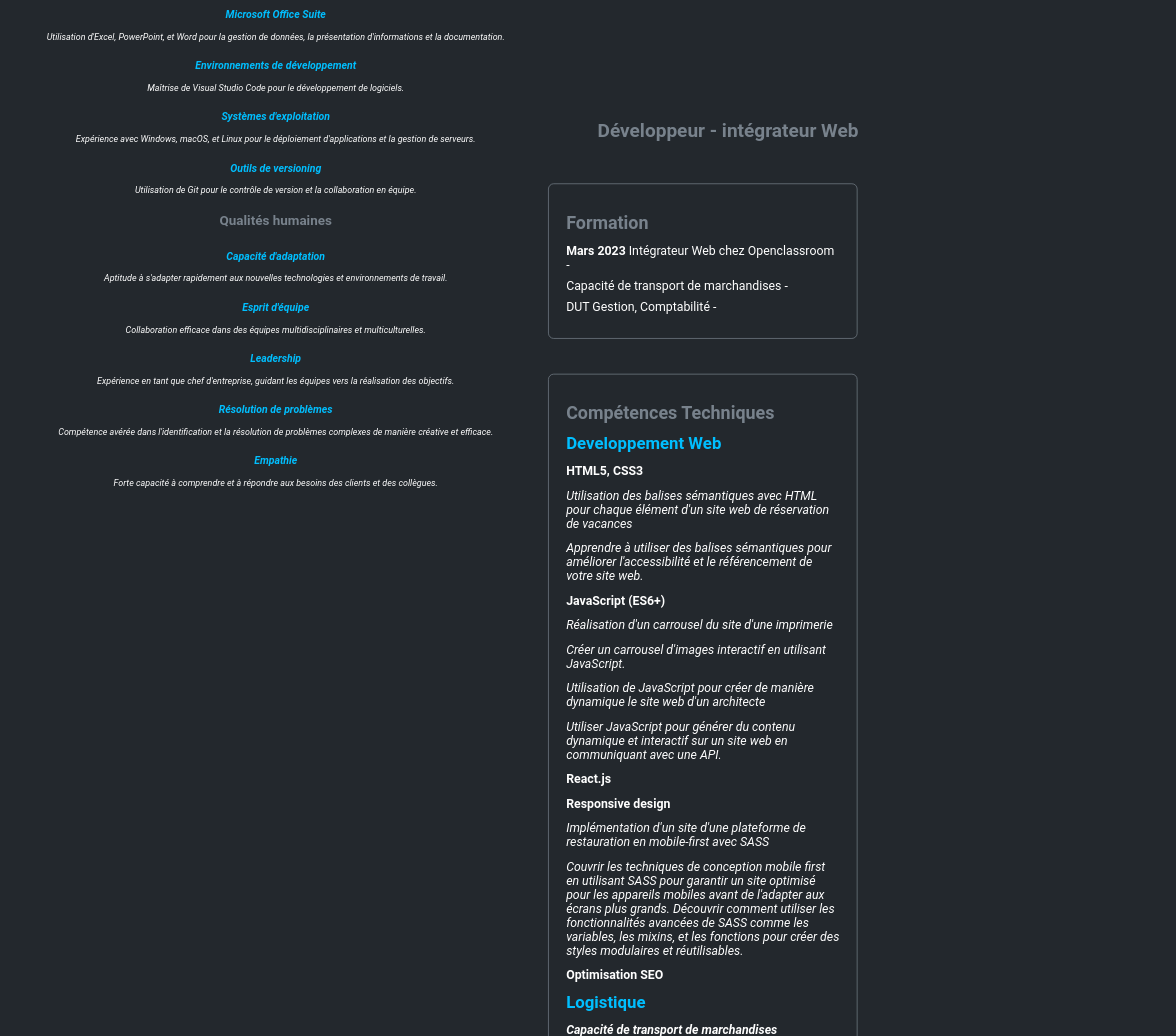
Repository: Christian121966/cv-logistique
Page: /
These files come from the project's save history. The page is drawn as it stood at one moment and after the next save; the edit follows.
The browser window is 1280 px wide. The page is 1680 px wide, so the pictures cover 1680 px, including what lies to the right of the window. The pictures show the part of the page from y = 0 to 1480 px (the page is 2682 px tall), at 70% of full size.
The project was rebuilt for these pictures with package versions that can differ from the ones it lists, and the page was loaded fresh each time.

Above is the page before, as saved 2024-07-28 07:37:43.

### public/index.html
<!DOCTYPE html>
<html lang="en">
  <head>
    <meta charset="utf-8" />
    <link rel="icon" href="%PUBLIC_URL%/favicon.ico" />
    <meta name="viewport" content="width=device-width, initial-scale=1" />
    <meta name="theme-color" content="#000000" />
    <meta name="description" content="Curriculum Vitae de Christian Boissy, développeur web front-end" />
    <meta name="keywords" content="Christian Boissy, CV, développeur front-end, React, Node.js, JavaScript" />
    <meta name="author" content="Christian Boissy" />

    <!-- Open Graph Meta Tags -->
    <meta property="og:title" content="CV de Christian Boissy" />
    <meta property="og:description" content="Curriculum Vitae de Christian Boissy, développeur web front-end" />
    <meta property="og:image" content="%PUBLIC_URL%/logo192.png" />
    <meta property="og:url" content="https://christian121966.github.io/cv-christian-boissy/" />
    <meta property="og:type" content="website" />

    <!-- Twitter Card Meta Tags -->
    <meta name="twitter:card" content="summary_large_image" />
    <meta name="twitter:title" content="CV de Christian Boissy" />
    <meta name="twitter:description" content="Curriculum Vitae de Christian Boissy, développeur web front-end" />
    <meta name="twitter:image" content="%PUBLIC_URL%/logo192.png" />

    <link rel="apple-touch-icon" href="%PUBLIC_URL%/logo192.png" />
    <link rel="manifest" href="%PUBLIC_URL%/manifest.json" />
    <title>CV-CHRISTIAN-BOISSY</title>

    <!-- Google Analytics -->
    <script async src="https://www.googletagmanager.com/gtag/js?id=G-K4EJ3NRTQS"></script>
    <script>
      window.dataLayer = window.dataLayer || [];
      function gtag(){dataLayer.push(arguments);}
      gtag('js', new Date());
      gtag('config', 'G-K4EJ3NRTQS');
    </script>
  </head>
  <body>
    <noscript>You need to enable JavaScript to run this app.</noscript>
    <div id="root"></div>
    <!--
      This HTML file is a template.
      If you open it directly in the browser, you will see an empty page.

      You can add webfonts, meta tags, or analytics to this file.
      The build step will place the bundled scripts into the <body> tag.

      To begin the development, run `npm start` or `yarn start`.
      To create a production bundle, use `npm run build` or `yarn build`.
    -->
  </body>
</html>

### src/index.js
import React from 'react';
import ReactDOM from 'react-dom/client';
import './index.css';
import App from './App';
import ReactGA from 'react-ga4';

ReactGA.initialize('G-K4EJ3NRTQS', {
  cookieFlags: 'SameSite=None; Secure'
});

ReactGA.send('pageview');

const root = ReactDOM.createRoot(document.getElementById('root'));
root.render(
  <React.StrictMode>
    <App />
  </React.StrictMode>
);

### src/App.js
import React from 'react';
import './App.css';
import Footer from './components/Footer';
import Section from './components/Section';
import Sidebar from './components/Sidebar';
import Formation from './components/Formation';
import CompetencesTechniques from './components/CompetencesTechniques';
import ExperiencesProfessionnelles from './components/ExperiencesProfessionnelles';

function App() {
  return (
    <div className="App">
      <header className="cv-title">
        <h1>Développeur - intégrateur Web</h1>
      </header>
      <div className="container">
        <Sidebar />
        <main>
          <div className="card">
            <Section title="Formation">
              <Formation />
            </Section>
          </div>
          <div className="card">
            <Section title="Compétences Techniques">
              <CompetencesTechniques />
            </Section>
          </div>
          <div className="card">
            <Section title="Expériences Professionnelles">
              <ExperiencesProfessionnelles />
            </Section>
          </div>
        </main>
      </div>
      <Footer />
    </div>
  );
}

export default App;

### src/App.css
@charset "UTF-8";
/* Variables de couleurs */
/* Mixins */
*,
*::before,
*::after {
  box-sizing: border-box;
  margin: 0;
  padding: 0;
}

body {
  background-color: rgb(35, 40, 45);
  color: rgb(255, 255, 255);
  font-family: "Roboto", sans-serif;
  padding: 0;
  margin: 0;
  overflow-x: hidden;
  overflow-y: auto;
}
body header.cv-title {
  display: flex;
  justify-content: center;
  position: relative;
  top: 185px;
  left: 0;
  margin-bottom: 2px;
}
body header.cv-title h1 {
  color: rgb(120, 130, 140);
  font-size: 1em;
}
body .container {
  display: flex;
  flex-direction: column;
  padding: 10px;
}
body .container .container {
  display: flex;
  flex-direction: column;
  padding: 10px;
}
body .container .sidebar {
  width: 100%;
  font-size: 0.8em;
  display: flex;
  flex-direction: column;
  justify-content: center;
  align-items: center;
  padding: 2px;
}
body .container .sidebar h2 {
  font-size: 1.5em;
  text-align: center;
  margin: 15px 0 15px 0;
  color: rgb(120, 130, 140);
}
body .container .sidebar .profile-photo {
  width: 150px;
  height: 150px;
  border-radius: 50%;
  margin-bottom: 30px;
  cursor: pointer;
  transition: width 0.3s ease, height 0.3s ease;
}
body .container .sidebar .profile-photo:hover {
  width: 360px;
  height: 360px;
  border-radius: 50%;
  margin-bottom: 30px;
}
body .container .sidebar address {
  margin-top: 15px;
}
body .container .sidebar address a {
  color: mediumaquamarine;
}
body .container .sidebar ul {
  list-style-type: none;
  text-align: center;
}
body .container .sidebar ul h3 {
  margin: 15px 0 15px 0;
  color: deepskyblue;
}
body .container .sidebar ul li {
  display: flex;
  flex-direction: column;
  margin-bottom: 10px;
  overflow-y: auto;
}
body .container .sidebar ul li li > span {
  display: block; /* Assurez-vous que span est affiché comme bloc */
  text-align: center; /* Exemple de centrage de span */
  color: #777; /* Exemple de couleur de texte */
}
body main {
  margin: 0;
}
body section h2 {
  font-size: 1.2em;
  margin: 15px 0 15px 0;
}
body .card {
  margin: 5px;
  padding: 10px;
  background: rgb(35, 40, 45);
  border: 1px solid rgb(120, 130, 140);
  border-radius: 8px;
}
body .card div, body .card ul {
  font-size: 0.9em;
  list-style-type: none;
  margin-bottom: 10px;
}
body .card h2 {
  color: rgb(120, 130, 140);
}
body .card h3 {
  font-size: 1.1em;
  margin: 15px 0 15px 0;
  color: deepskyblue;
}
body li {
  margin-bottom: 15px;
  font-style: italic;
}
body .li_title {
  font-weight: bold;
  font-style: normal;
}
body p {
  font-size: 1em;
}
body footer p {
  font-size: 0.6em;
  display: flex;
  justify-content: center;
  text-align: center;
}

/* Pour les écrans de 320px à 425px */
@media screen and (max-width: 425px) {
  body header.cv-title {
    position: relative;
    top: 190px;
    left: 0;
    margin-bottom: 2px;
    text-align: center;
  }
  body header.cv-title h1 {
    color: rgb(120, 130, 140);
    font-size: 1.2em;
  }
  body .container {
    display: flex;
    flex-direction: column;
    padding: 10px;
  }
  body .sidebar {
    width: 100%;
    font-size: 0.8em;
    display: flex;
    flex-direction: column;
    justify-content: center;
    align-items: center;
    padding: 2px;
  }
  body .sidebar h2 {
    font-size: 1.1em;
    text-align: center;
    margin: 15px 0;
    color: rgb(120, 130, 140);
  }
  body .sidebar .profile-photo {
    width: 150px;
    height: 150px;
    border-radius: 50%;
    margin-bottom: 30px;
  }
  body .sidebar address {
    margin-top: 0;
  }
  body .sidebar address a {
    color: mediumaquamarine;
  }
  body .sidebar ul {
    list-style-type: none;
  }
  body .sidebar ul h3 {
    margin: 15px 0;
    color: deepskyblue;
    text-align: center;
  }
  body .sidebar ul li {
    margin-bottom: 10px;
    text-align: center;
  }
  body .sidebar ul li span {
    display: block;
    color: #ccc;
  }
  body main {
    margin: 0;
    padding: 15px;
  }
  body section h2 {
    font-size: 1.3em;
    margin: 15px 0;
  }
  body .card {
    margin: 10px;
    padding: 12px;
    background: rgb(35, 40, 45);
    border: 1px solid rgb(120, 130, 140);
    border-radius: 8px;
  }
  body .card div, body .card ul {
    font-size: 0.9em;
    list-style-type: none;
  }
  body .card h3 {
    font-size: 1.2em;
    margin: 15px 0;
    color: deepskyblue;
  }
  body p {
    font-size: 1em;
  }
  body footer p {
    font-size: 0.8em;
    display: flex;
    justify-content: center;
    text-align: center;
    margin: 10px;
  }
}
/* Pour les écrans de 768px et plus */
@media screen and (min-width: 768px) {
  body header.cv-title {
    top: 140px;
    left: 160px;
    margin-bottom: 20px;
  }
  body header.cv-title h1 {
    font-size: 1.5em;
  }
  body .container {
    display: flex;
    flex-direction: row;
    padding: 25px;
  }
  body .sidebar {
    width: 35%;
    font-size: 1.1em;
    padding: 15px;
    display: flex;
    flex-direction: column;
    justify-content: flex-start;
    align-items: center;
    height: 10vh;
  }
  body .sidebar .profile-photo {
    width: 180px;
    height: 180px;
  }
  body .sidebar h2 {
    font-size: 1.3em;
  }
  body main {
    width: 65%;
    padding: 0 25px;
    display: flex;
    flex-direction: column;
    margin-top: 150px;
  }
  body section h2 {
    font-size: 1.5em;
  }
  body .card {
    margin: 20px 0;
    padding: 20px;
    background: rgb(35, 40, 45);
    border: 1px solid rgb(120, 130, 140);
    border-radius: 8px;
  }
  body .card div, body .card ul {
    font-size: 0.9em;
  }
  body .card h3 {
    font-size: 1.4em;
  }
  body p {
    font-size: 0.9em;
  }
  footer {
    display: flex;
    justify-content: center;
    align-items: center;
    margin-top: 20px;
  }
  footer p {
    font-size: 0.8em;
  }
}
/* Pour les écrans de 1024px et plus */
@media screen and (min-width: 1024px) {
  body header.cv-title {
    top: 170px;
    left: 400px;
    margin-bottom: 25px;
    overflow-y: hidden;
    overflow-x: hidden;
  }
  body header.cv-title h1 {
    font-size: 1.7em;
  }
  body .container {
    padding: 30px;
  }
  body .sidebar {
    width: 35%;
    font-size: 1.2em;
    padding: 20px;
  }
  body .sidebar .profile-photo {
    width: 190px;
    height: 190px;
  }
  body .sidebar h2 {
    font-size: 1.4em;
  }
  body section h2 {
    font-size: 1.6em;
  }
  body .card {
    margin: 25px 0;
    padding: 25px;
  }
  body .card div, body .card ul {
    font-size: 1.1em;
  }
  body .card h3 {
    font-size: 1.5em;
  }
  body p {
    font-size: 1em;
  }
}/*# sourceMappingURL=App_20240728073743.css.map */

### src/components/Footer.js
import React from 'react';

const Footer = () => {
  return (
    <footer>
      <p>© 2024 Christian Boissy. Tous droits réservés.</p>
    </footer>
  );
};

export default Footer;

### src/components/Section.js
import React from 'react';

const Section = ({ title, children }) => {
  return (
    <section>
      <h2>{title}</h2>
      {children}
    </section>
  );
};

export default Section;

### src/components/Sidebar.js
import React from 'react';
import ReactGA from 'react-ga4';

function handleEmailClick() {
  ReactGA.event({
    category: 'User',
    action: 'Clicked on Email Link',
    label: 'Email'
  });
}

function handleLinkedInClick() {
  ReactGA.event({
    category: 'User',
    action: 'Clicked on LinkedIn Link',
    label: 'LinkedIn'
  });
}

const Sidebar = () => {
  return (
    <aside className="sidebar">
      <img src={`${process.env.PUBLIC_URL}/images/Chris.png`} alt="Chris" className="profile-photo" />
      <h1>Christian Boissy</h1>
      <address>
        Tel : 0669311966<br />
        <a href="mailto:boissychristian@gmail.com" onClick={handleEmailClick}>boissychristian@gmail.com</a><br />
        <a href="https://linkedin.com/in/christian-boissy-272b68181" target="_blank" rel="noopener noreferrer" onClick={handleLinkedInClick}>
          linkedin.com/in/christian-boissy-272b68181
          <p>Permis B - Véhicule</p>
        </a>
      </address>
      <h2>Compétences professionnelles et linguistiques</h2>
      <ul>
        <li>
          <h3>Communication multilingue</h3>
          <span>Maîtrise du français, Anglais scolaire.</span>
        </li>
      </ul>
      <h2>Logiciel et environnements</h2>
      <ul>
        <li>
          <h3>Microsoft Office Suite</h3>
          <span>Utilisation d'Excel, PowerPoint, et Word pour la gestion de données, la présentation d'informations et la documentation.</span>
        </li>
        <li>
          <h3>Environnements de développement</h3>
          <span>Maîtrise de Visual Studio Code pour le développement de logiciels.</span>
        </li>
        <li>
          <h3>Systèmes d'exploitation</h3>
          <span>Expérience avec Windows, macOS, et Linux pour le déploiement d'applications et la gestion de serveurs.</span>
        </li>
        <li>
          <h3>Outils de versioning</h3>
          <span>Utilisation de Git pour le contrôle de version et la collaboration en équipe.</span>
        </li>
      </ul>
      <h2>Qualités humaines</h2>
      <ul>
        <li>
          <h3>Capacité d'adaptation</h3>
          <span>Aptitude à s'adapter rapidement aux nouvelles technologies et environnements de travail.</span>
        </li>
        <li>
          <h3>Esprit d'équipe</h3>
          <span>Collaboration efficace dans des équipes multidisciplinaires et multiculturelles.</span>
        </li>
        <li>
          <h3>Leadership</h3>
          <span>Expérience en tant que chef d'entreprise, guidant les équipes vers la réalisation des objectifs.</span>
        </li>
        <li>
          <h3>Résolution de problèmes</h3>
          <span>Compétence avérée dans l'identification et la résolution de problèmes complexes de manière créative et efficace.</span>
        </li>
        <li>
          <h3>Empathie</h3>
          <span>Forte capacité à comprendre et à répondre aux besoins des clients et des collègues.</span>
        </li>
      </ul>
    </aside>
  );
};

export default Sidebar;

### src/components/Formation.js
import React from 'react';
import cvData from '../data/cvData';

function Formation() {
  return (
    <>
      {cvData.formation.map((item, index) => (
        <div key={index}>
          <strong>{item.date}</strong> {item.title} - {item.details}
        </div>
      ))}
    </>
  );
}

export default Formation;

### src/components/CompetencesTechniques.js
import React from 'react';
import cvData from '../data/cvData';

function CompetencesTechniques() {
  // Liste des éléments à mettre en gras
  const boldItems = [
    "Developpement Web",
    "Logistique",
    "Capacité de transport de marchandises",
    "CACES 1, 2, 3 & 5",
    "Communication"
  ];

  // Fonction pour vérifier si l'élément doit être en gras
  const isBold = (item) => {
    return boldItems.some(boldItem => item.includes(boldItem));
  };

  return (
    <>
      <h3>Developpement Web</h3>
      <ul>
        {cvData.competences.developpementWeb.map((item, index) => (
          <li key={index} className={item.title ? 'li_title' : ''}>
            {item.text}
          </li>
        ))}
      </ul>
      <h3>Logistique</h3>
      <ul>
        {cvData.competences.logistique.map((item, index) => (
          <li key={index}>
            {isBold(item) ? <strong>{item}</strong> : item}
          </li>
        ))}
      </ul>
      {/* <h3>Communication</h3>
      <ul>
        {cvData.competences.communication.map((item, index) => (
          <li key={index}>
            {isBold(item) ? <strong>{item}</strong> : item}
          </li>
        ))}
      </ul> */}
    </>
  );
}

export default CompetencesTechniques;

### src/components/ExperiencesProfessionnelles.js
import React from 'react';
import cvData from '../data/cvData';

function ExperiencesProfessionnelles() {
  // Vérifiez que cvData.experiences est défini et qu'il s'agit d'un tableau
  if (!cvData.experiences || !Array.isArray(cvData.experiences)) {
    return <div>Aucune expérience professionnelle disponible.</div>;
  }

  return (
    <div>
      {cvData.experiences.map((exp, index) => (
        <div key={index}>
          <h3>{exp.title}</h3>
          <p>{exp.date}</p>
          {exp.details && exp.details.map((detail, idx) => (
            typeof detail === 'string' ?
              <p key={idx}>{detail}</p> :
              <div key={idx}>
                <strong>{detail.highlight}</strong>
                {detail.list ? <ul>{detail.list.map((item, itemIdx) => <li key={itemIdx}>{item}</li>)}</ul> : <p>{detail.description}</p>}
              </div>
          ))}
          {/* Si exp.details n'est pas défini, affichez un message ou laissez vide */}
          {!exp.details && <p></p>}
        </div>
      ))}
    </div>
  );
}

export default ExperiencesProfessionnelles;

### src/data/cvData.js
const cvData = {
  formation: [
    {
      date: "Mars 2023",
      title: "Intégrateur Web chez Openclassroom",
      // details: "HTML/CSS - JavaScript - React - Redux - MongoDB - Git - GitHub - Responsive design"
    },
    {
      title: "Capacité de transport de marchandises",
    },
    {
      title: "DUT Gestion, Comptabilité"
    }
  ],
  competences: {
    developpementWeb: [
      { title: true, text: "HTML5, CSS3" },
      { title: false, text: "Utilisation des balises sémantiques avec HTML pour chaque élément d'un site web de réservation de vacances" },
      { title: false, text: "Apprendre à utiliser des balises sémantiques pour améliorer l'accessibilité et le référencement de votre site web." },
      { title: true, text: "JavaScript (ES6+)" },
      { title: false, text: "Réalisation d'un carrousel du site d'une imprimerie" },
      { title: false, text: "Créer un carrousel d'images interactif en utilisant JavaScript." },
      { title: false, text: "Utilisation de JavaScript pour créer de manière dynamique le site web d'un architecte" },
      { title: false, text: "Utiliser JavaScript pour générer du contenu dynamique et interactif sur un site web en communiquant avec une API." },
      { title: true, text: "React.js" },
      { title: true, text: "Responsive design" },
      { title: false, text: "Implémentation d'un site d'une plateforme de restauration en mobile-first avec SASS" },
      { title: false, text: "Couvrir les techniques de conception mobile first en utilisant SASS pour garantir un site optimisé pour les appareils mobiles avant de l'adapter aux écrans plus grands. Découvrir comment utiliser les fonctionnalités avancées de SASS comme les variables, les mixins, et les fonctions pour créer des styles modulaires et réutilisables." },
      { title: true, text: "Optimisation SEO" }
    ],
    logistique: [
      "Capacité de transport de marchandises",
      "Gestion d'une société de transport de marchandises",
      "Gestion de personnel",
      "Gestion des stocks",
      "Communication",
      "Gestion des contacts",
      "Gestion du personnel"
    ]
  },
  experiences: [
    {
      date: "Déc. 2021 - Juin 2022",
      title: "First Stop Sartrouville - Herblay",
      details: [
        { highlight: "Livraison de pneus en Ile de France, gestion des commandes et des stocks" },
      ]
    },
    {
      date: "2007 - 2021",
      title: "Gérant de société de transport - Paris",
      details: [
        { highlight: "Livraison de colis en partenariat avec Colisweb"},
        { highlight: "Livraison avec SVP"},
        { highlight: "Livraison avec CG Courses"}
      ]
    },
    {
      date: "1999 - 2007",
      title: "Cariste gestionnaire de stocks - Rougier Panneaux - Gennevilliers",
      details: [
        { highlight: "Chargement et déchargemement de colis de panneaux de bois"},
        { highlight: "Gestion du stock"},
        { highlight: "Préparation des commandes"}
      ]
    }
  ]
};

export default cvData;

Loaded but not shown: src/index.css (common file)

After the next save:
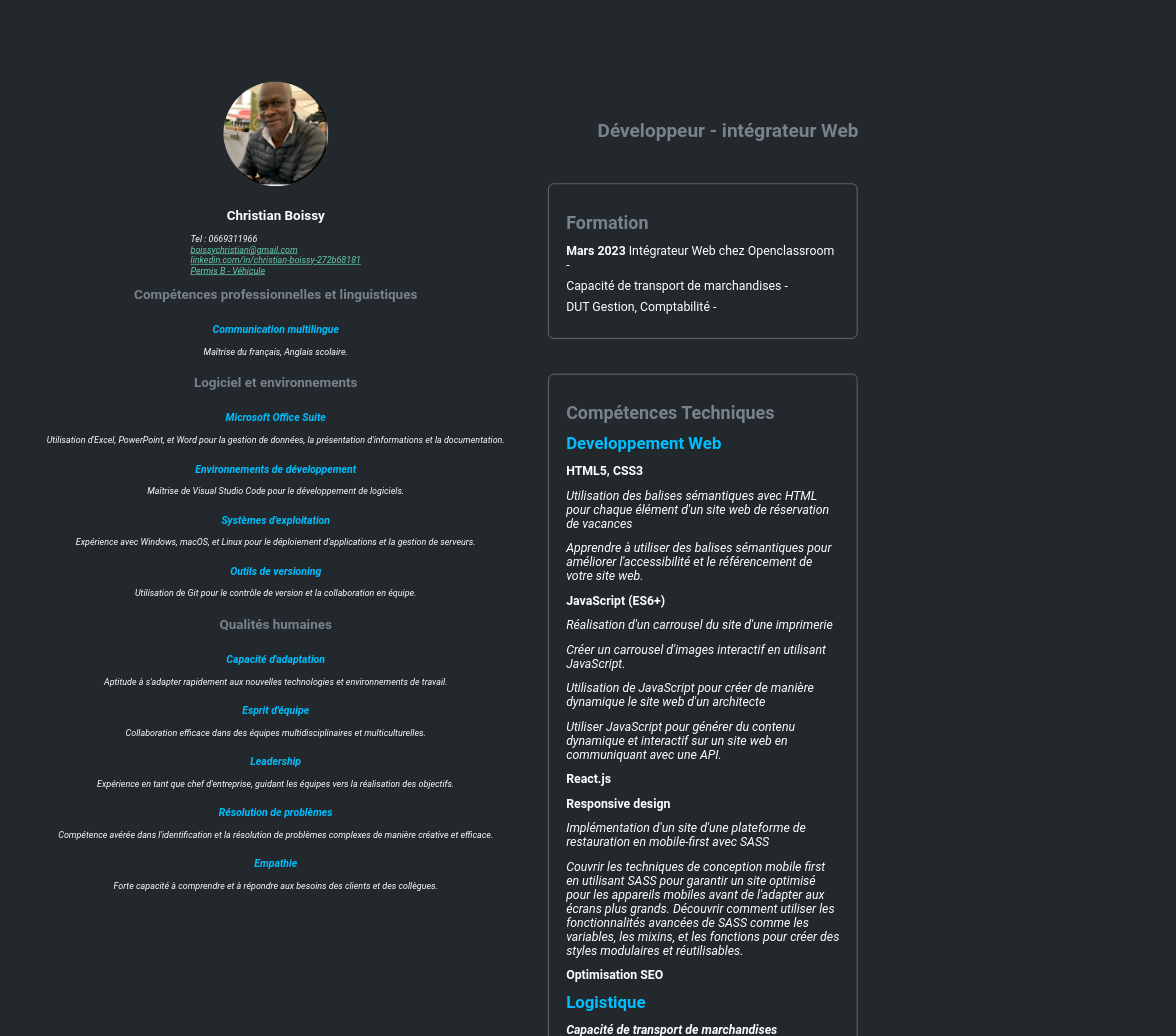
Saved 2 s later.
--- a/src/App.css
+++ b/src/App.css
@@ -258,7 +258,7 @@ body footer p {
     flex-direction: column;
     justify-content: flex-start;
     align-items: center;
-    height: 10vh;
+    height: 170vh;
   }
   body .sidebar .profile-photo {
     width: 180px;
@@ -346,4 +346,4 @@ body footer p {
   body p {
     font-size: 1em;
   }
-}/*# sourceMappingURL=App_20240728073743.css.map */
+}/*# sourceMappingURL=App_20240728073745.css.map */
